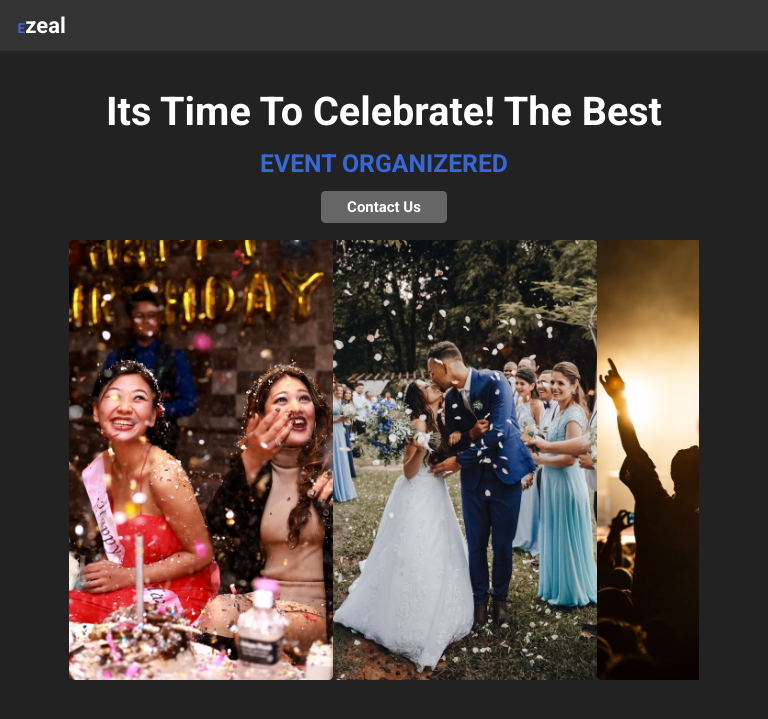
Repository: Jayce1607/First-clone
Page: html/index.html
The author's editor kept a copy of each file at every save. The page is drawn from the files as they stood at one save, then again after the next save.
The browser window is 768 px wide. The pictures show the whole page.

Above is the page before, as saved 2021-08-26 18:57:53.
Console error: ReferenceError: Swiper is not defined

After the next save:
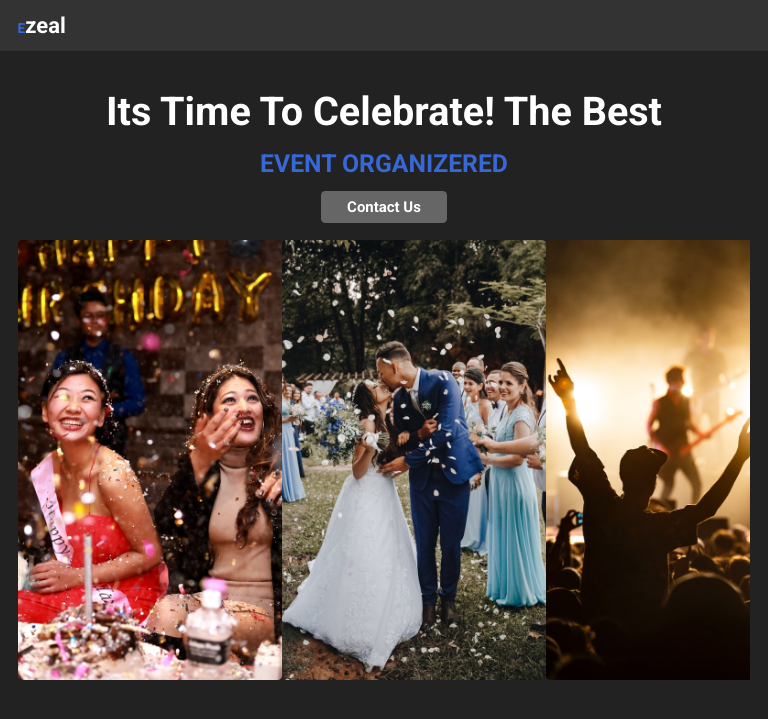
Saved 29 s later.
--- a/css/app.css
+++ b/css/app.css
@@ -114,7 +114,9 @@
   .header{
     padding: 1.5rem 2rem;
   }
-
+  section{
+    padding: 2rem;
+  }
 
 }
 @media (max-width:767px){
